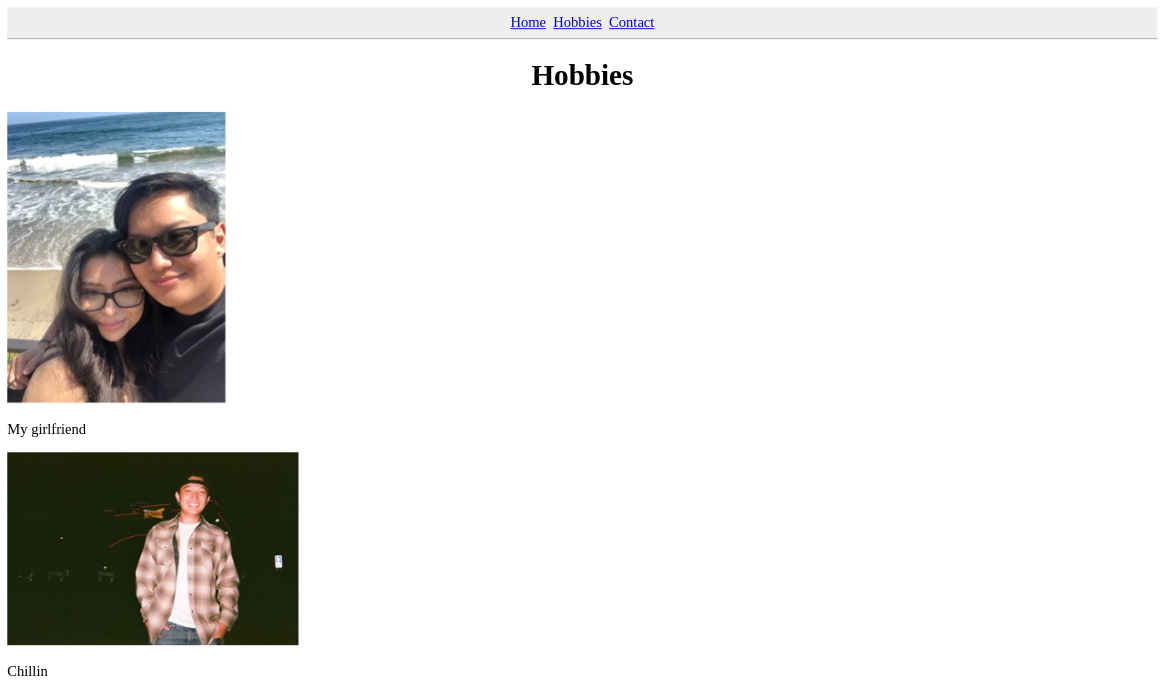
Repository: sebas6292/Jeff-Midterm
Page: hobby.html
An editor plug-in stored every save of this project. The page is shown before and after the next save, followed by the edit.
The browser window is 1280 px wide. The pictures show the whole page, at 91% of full size.

Above is the page before, as saved 2023-04-30 22:48:44.

### hobby.html
<!DOCTYPE html>
<html lang="en">
  <head>
    <title>Home</title>
    <meta charset="UTF-8" />
    <meta name="viewport" content="width=device-width" />
    <link rel="stylesheet" href="styles.css" />
  </head>
  <body>
    <nav>
      <a href="/home.html">Home</a>
      <a href="/hobby.html">Hobbies</a>
      <a href="/contact.html">Contact</a>
    </nav>
    <main>
      <h1 class="title">Hobbies</h1>

      <section class="container">
        <div class="box-container">
            <img src="pics/Relationship.jpeg" />
            <p>My girlfriend</p>
        </div>
        <div class="box-container">
            <img src="pics/Swag.jpeg" />
            <p>Chillin</p>
        </div>
      </section>

    </main>
  </body>
</html>

### styles.css

nav {
    display: flex;
  flex-wrap: wrap;
  align-items: center;
  justify-content: center;
  padding: 0.5rem;
  gap: 0.5rem;
  border-bottom: solid 1px #aaa;
  background-color: #eee;
}

.title {
  display: flex;
  justify-content: center;
}

After the next save:
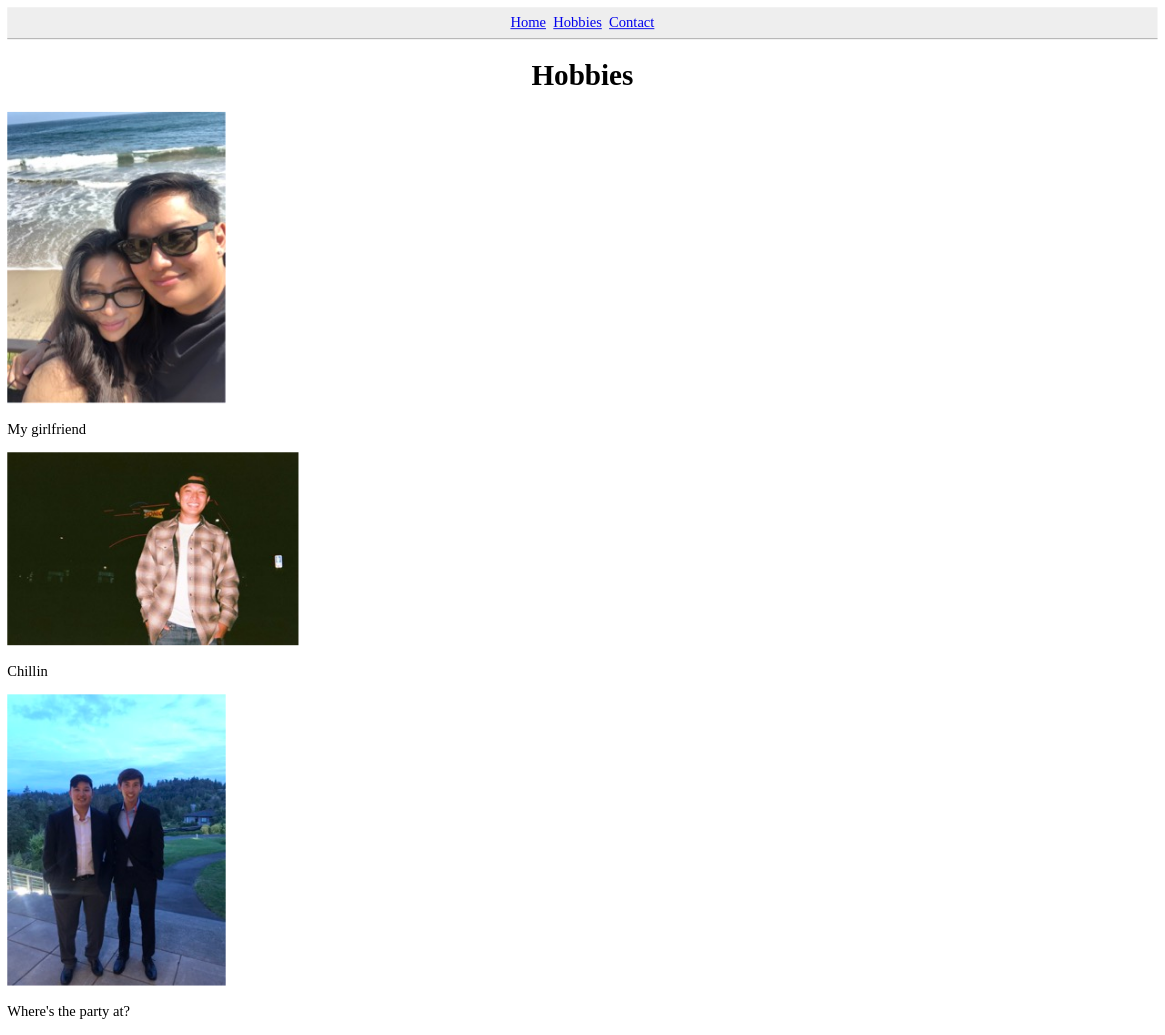
Saved 31 s later.
--- a/hobby.html
+++ b/hobby.html
@@ -24,6 +24,10 @@
             <img src="pics/Swag.jpeg" />
             <p>Chillin</p>
         </div>
+        <div class="box-container">
+            <img src="pics/Business-Attire.jpeg" />
+            <p>Where's the party at?</p>
+        </div>
       </section>
 
     </main>
